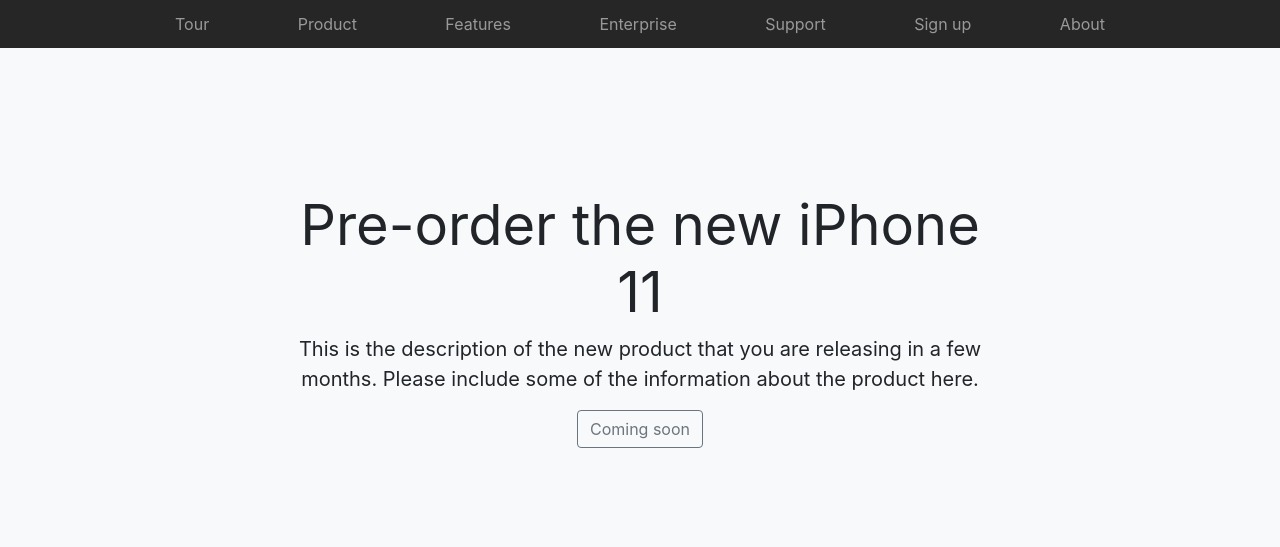
Repository: mshak008/Muhammad-Shakeel-Resume
Page: LearnCS8-Twilio/TwilioTemplate/index.html
The author's editor kept a record of every edit. The page is drawn from the files as they stood at one moment, then again after the next edit.
The browser window is 1280 px wide. The pictures show the whole page.

Above is the page before.

After the next edit:
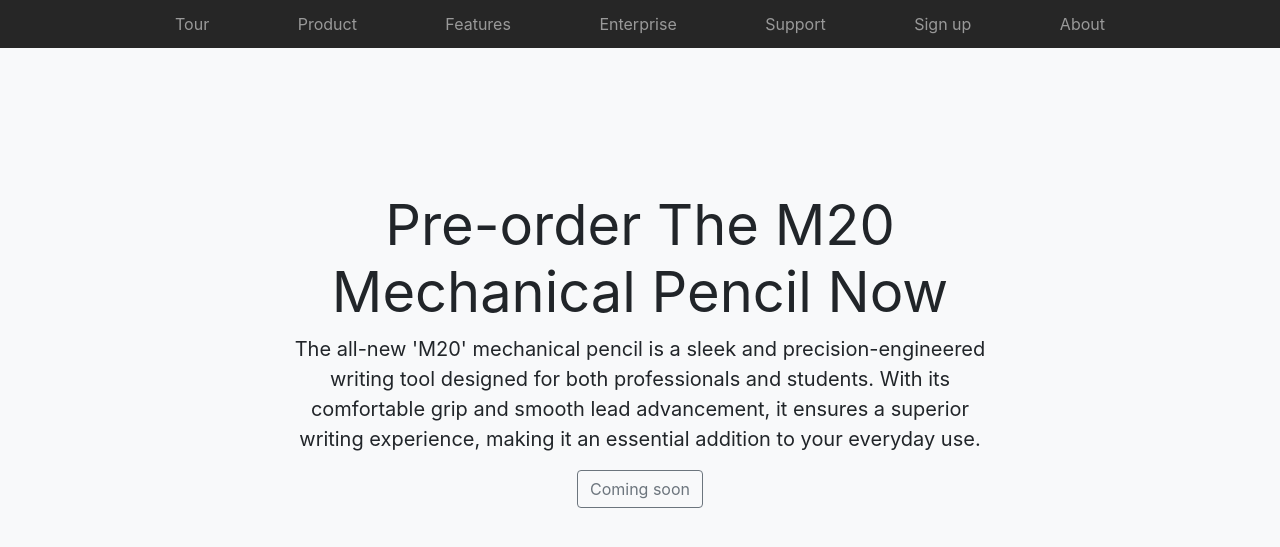
The edit:
--- a/LearnCS8-Twilio/TwilioTemplate/index.html
+++ b/LearnCS8-Twilio/TwilioTemplate/index.html
@@ -30,8 +30,8 @@
 <!-- Main Header Section h1-->
 <div class="position-relative overflow-hidden p-3 p-md-5 m-md-0 text-center bg-light">
     <div class="col-md-8 p-lg-5 mx-auto my-5">
-        <h1 class="display-4 font-weight-normal">Pre-order the new iPhone 11</h1>
-        <p class="lead font-weight-normal">This is the description of the new product that you are releasing in a few months. Please include some of the information about the product here.</p>
+        <h1 class="display-4 font-weight-normal">Pre-order The M20 Mechanical Pencil Now</h1>
+        <p class="lead font-weight-normal">The all-new 'M20' mechanical pencil is a sleek and precision-engineered writing tool designed for both professionals and students. With its comfortable grip and smooth lead advancement, it ensures a superior writing experience, making it an essential addition to your everyday use.</p>
         <a class="btn btn-outline-secondary" href="#">Coming soon</a>
     </div>
 </div>
